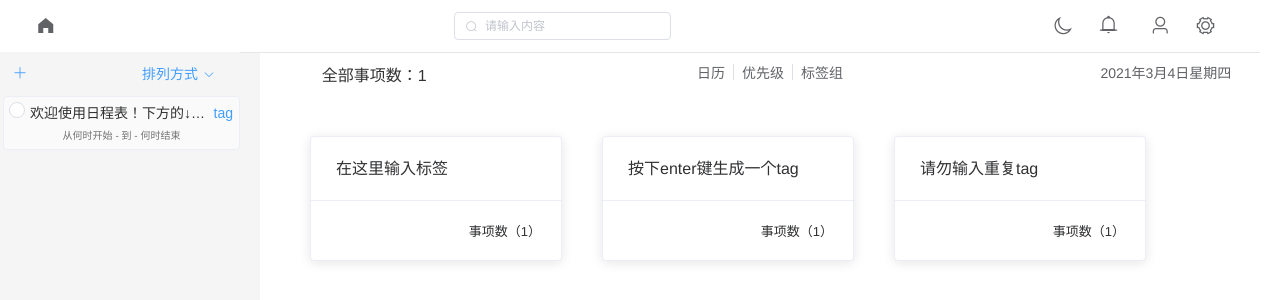
Repository: sierra0114/project01
Page: /#/tags
An editor plug-in stored every save of this project. The page is shown before and after the next save, followed by the edit.
The browser window is 1280 px wide. The pictures show the whole page.
The project was rebuilt for these pictures with package versions that can differ from the ones it lists, and the page was loaded fresh each time. Also part of the build but not shown: vue.config.js, src/components/Approaching.vue, src/components/Expired.vue, src/components/System.vue, src/components/Calendar.vue, src/components/User.vue, src/components/Login.vue, src/components/Register.vue and 3 more.

Above is the page before, as saved 2021-03-04 00:52:02.

### public/index.html
<!DOCTYPE html>
<html>

<head>
  <meta charset="utf-8">
  <meta name="viewport" content="width=device-width,initial-scale=1.0">
  <title>日程表</title>
  <style media="screen" type="text/css">
    body {
      font-family: "Helvetica Neue", Helvetica, "PingFang SC", "Hiragino Sans GB", "Microsoft YaHei", "微软雅黑", Arial, sans-serif;
      margin: 0;
      padding: 0;
      overflow-y: hidden;
      overflow-x: hidden;
      color: #333333;
      width: 100vw;
      height: 100vh;
    }

    #appLoading {
      width: 100%;
      height: 100%;
      background-color: rgb(130, 161, 177);
      z-index: 9999;
    }

    #loadingImg {
      border-radius: 50%;
      position: absolute;
      top: 45%;
      left: 48%;
      translate: 1s ease-in-out 0;
      animation: rotate 1s linear infinite;
    }


    /* 覆盖user页面里默认的图标颜色 */

    .el-icon-basketball:before {
      content: "\e7a5";
      color: rgb(224, 130, 53);
    }

    .el-icon-cold-drink:before {
      content: "\e7a5";
      color: rgb(235, 231, 47);
    }

    .el-icon-grape:before {
      content: "\e7a5";
      color: rgb(74, 55, 97);
    }

    .el-icon-apple:before {
      content: "\e7a5";
      color: rgb(175, 56, 56);
    }

    .el-icon-lollipop:before {
      content: "\e7a5";
      color: rgb(75, 165, 218);
    }

    .el-icon-coffee:before {
      content: "\e7a5";
      color: rgb(107, 79, 62);
    }

    .el-icon-user-solid:before {
      content: "\e7a5";
      color: rgb(227, 235, 243);
    }
  </style>
</head>

<body>
  <div id="appLoading">
    <div id="loadingImg">
      <svg t="1613764102468" class="icon" viewBox="0 0 1024 1024" version="1.1" xmlns="http://www.w3.org/2000/svg"
        p-id="6649" data-spm-anchor-id="a313x.7781069.0.i24" width="48" height="48">
        <path
          d="M546.462897 266.292966c-73.410207 0-133.15531-59.727448-133.155311-133.137656C413.307586 59.762759 473.05269 0 546.462897 0c73.410207 0 133.12 59.727448 133.12 133.15531 0 73.410207-59.709793 133.137655-133.12 133.137656z m-283.453794 105.736827c-67.054345 0-121.626483-54.554483-121.626482-121.644138s54.572138-121.644138 121.626482-121.644138a121.767724 121.767724 0 0 1 121.608828 121.644138c0 67.054345-54.554483 121.644138-121.608828 121.644138zM142.547862 647.185655A107.343448 107.343448 0 0 1 35.310345 539.895172a107.343448 107.343448 0 0 1 107.237517-107.237517 107.343448 107.343448 0 0 1 107.219862 107.237517 107.343448 107.343448 0 0 1-107.219862 107.272828z m120.461241 272.595862a91.047724 91.047724 0 0 1-90.941793-90.959448 91.065379 91.065379 0 0 1 90.924138-90.941793 91.065379 91.065379 0 0 1 90.941793 90.941793c0 50.14069-40.783448 90.959448-90.924138 90.959448zM546.462897 1024a79.518897 79.518897 0 0 1-79.448276-79.448276c0-43.820138 35.645793-79.448276 79.448276-79.448276a79.518897 79.518897 0 0 1 79.43062 79.448276c0 43.820138-35.628138 79.448276-79.448276 79.448276z m287.744-134.285241a64.194207 64.194207 0 0 1-64.123587-64.123587 64.194207 64.194207 0 0 1 64.123587-64.123586 64.194207 64.194207 0 0 1 64.123586 64.123586 64.194207 64.194207 0 0 1-64.123586 64.123587z m117.848275-296.695173a52.683034 52.683034 0 0 1-52.612413-52.612414 52.683034 52.683034 0 0 1 52.612413-52.630069 52.70069 52.70069 0 0 1 52.630069 52.612414 52.718345 52.718345 0 0 1-52.630069 52.630069z m-158.667034-338.696827a40.818759 40.818759 0 1 0 81.655172 0.017655 40.818759 40.818759 0 0 0-81.655172 0z"
          p-id="6650" data-spm-anchor-id="a313x.7781069.0.i23" class="" fill="#ffffff"></path>
      </svg>
    </div>
  </div>

  <div id="app"></div>

</body>

</html>

### src/layout/AppMain.vue
<template>
  <el-container>
    <el-header height="52px">

      <Header @to-appmain="refSidbar"></Header>

    </el-header>
    <el-container v-if="!noSidebar">
      <el-aside width="260px">

        <Sidbar ref="Sidbar"></Sidbar>

      </el-aside>
      <el-main>

        <router-view name="Main"></router-view>

      </el-main>

    </el-container>

  </el-container>
</template>
<script>
import Header from '../components/Header'
import Sidbar from '../components/Sidbar'
// import Main from '../components/Main'
import dataBase from '../data/dataBase.js'
export default {
  name: 'AppMain',
  components: {
    Header,
    Sidbar
  },
  computed: {},
  data () {
    return {
      msg: 'hello',
      noSidebar: false
    }
  },
  methods: {
    refSidbar (info) {
      this.$refs.Sidbar.passThisToForm(info)
    }
  },
  created () {
    dataBase() // 初始化数据库
  }
}
</script>
<style scoped>
.el-header,
.el-footer {
  text-align: center;
  line-height: 50px;
  height: 50px;
}
Header {
  line-height: 50px;
  height: 50px;
}

.el-aside {
  background-color: rgb(245, 245, 245);
  text-align: center;
}

.el-main {
  text-align: center;
  padding: 10px;
}

body > .el-container {
  margin-bottom: 0;
  width: 100vw;
  height: 100vh;
}

.el-container:nth-child(5) .el-aside,
.el-container:nth-child(6) .el-aside {
  line-height: 260px;
}

.el-container:nth-child(7) .el-aside {
  line-height: 320px;
}

/* header {
  display: flex;
  position: fixed;
  top: 0;
  left: 0;
  width: 100vw;
  height: 40px;
  background-color: rgb(255, 0, 0);
}
sidbar {
  display: flex;
  width: 200px;
  background-color: rgb(200, 255, 0);
}
main {
  position: relative;
  display: flex;

  top: 40px;
  left: 0;
  right: 0;
  background-color: rgb(0, 255, 13);
}
full-calendar {
flex-grow: 1;
  background-color: rgb(0, 255, 255);
} */
</style>

### src/components/Sidbar.vue


<template id='Sidbar'>
  <div class="Sidbar">
    <div class="container">
      <el-row>
        <el-col :span="24">
          <Form @bindFunc="getListFromForm" ref="drawer"></Form>
          <div class="view-change">
            <el-dropdown
              size="medium"
              placement="bottom"
              @command="handleCommand"
            >
              <span class="drop-down-link"
                >排列方式<i class="el-icon-arrow-down el-icon--right"></i
              ></span>
              <el-dropdown-menu slot="dropdown">
                <el-dropdown-item command="a">时间顺序</el-dropdown-item>
                <el-dropdown-item command="b">时间逆序</el-dropdown-item>
                <!-- <el-dropdown-item command="c">螺蛳粉</el-dropdown-item>
              <el-dropdown-item command="d" disabled>双皮奶</el-dropdown-item>
              <el-dropdown-item command="e" divided>蚵仔煎</el-dropdown-item> -->
              </el-dropdown-menu>
            </el-dropdown>
          </div>
        </el-col>
      </el-row>
    </div>

    <div class="empty"></div>
    <div class="cards" v-if="!isReverse">
      <SidbarCard
        v-for="item in this.resovedList"
        :key="item.reKey"
        :info="item"
        @openForm-between="passThisToForm"
      ></SidbarCard>
      <!-- info绑定的是子组件的props的属性 -->
    </div>
    <div class="cards" v-else>
      <SidbarCard
        v-for="item in this.resovedListReverse"
        :key="item.reKey"
        :info="item"
        @openForm-between="passThisToForm"
      ></SidbarCard>
      <!-- info绑定的是子组件的props的属性 -->
    </div>

    <div class="empty"></div>
  </div>
</template>

<script>
import SidbarCard from "./SidbarCard.vue";
import Form from "./Form";

export default {
  name: "Sidbar",
  data() {
    return {
      list: [], // 从数据库取得的所有数据数组
      resovedList: [], // 解析list以得到的缩略版本，顺序数组，传递给子组件sidbarCard
      resovedListReverse: [], // 和resovedList一样，逆序数组，传递给子组件sidbarCard

      // flag
      isReverse: false, // 数组是否逆序
    };
  },
  components: {
    SidbarCard,
    Form,
  },
  methods: {
    getListFromForm(list) {
      // eslint-disable-next-line no-unused-vars
      this.list = list;
    },
    getList() {
      let db; // 数据库对象
      let objStore; // 对象仓库
      let request; // 请求
      let transaction; // 连接事务
      let readRequest; // 读写事务

      request = window.indexedDB.open("db"); // 连接数据库
      request.onerror = () => {
        // 请求失败
        // console.log('连接数据库请求 失败 ！因为' + event)
      };

      request.onsuccess = (event) => {
        // 请求成功
        db = event.target.result;
        // db=request.result  一样的效果
        // console.log('连接数据库请求 成功 ')
        transaction = db.transaction("info", "readwrite"); // 开启读写事务
        objStore = transaction.objectStore("info"); // 指定事务为‘info’对象仓库的事务
        readRequest = objStore.getAll(null);

        readRequest.onerror = () => {
          // console.log('读写事务 失败！')
        };
        readRequest.onsuccess = () => {
          // console.log('读写事务 成功！已经获取到了list数据')
          this.list = readRequest.result;
          console.log("侧边栏获取到了list，它的值为：");
          console.log(this.list);
        };
      };
    },
    toColorClass(item) {
      let Class = "";
      let color = item.color;
      switch (color) {
        case "red":
          Class = "danger";
          break;
        case "blue":
          Class = "primary";
          break;
        case "green":
          Class = "success";
          break;
        case "yellow":
          Class = "warning";
          break;
        case "grey":
          Class = "info";
          break;
        case "":
          Class = "";
      }
      return Class;
    },
    getTime(item, num) {
      let timeObj = item.time[num];
      // eslint-disable-next-line valid-typeof
      if (typeof timeObj === null) {
        // time对象的类型为null（time对象为空
        return "时间对象不存在";
        // eslint-disable-next-line valid-typeof
      } else if (typeof timeObj === "string") {
        // time对象的类型为string（初始化数据的情况
        return timeObj;
      } else {
        let timetr = getTimeStr();
        return timetr;
      }
      function getTimeStr() {
        if (typeof timeObj === "object") {
          const day = timeObj.getDay();
          const date = timeObj.getDate();
          const month = timeObj.getMonth() + 1;
          const year = timeObj.getFullYear();
          const weekMap = [
            "",
            "星期一",
            "星期二",
            "星期三",
            "星期四",
            "星期五",
            "星期六",
            "星期日",
            "",
          ];
          const timeStr = year + "/" + month + "/" + date + " " + weekMap[day];
          return timeStr;
        }
      }
    },
    getTag(item) {
      let tags = [];
      let reTags = "";
      tags = item.tags;
      for (let i in tags) {
        reTags += "#" + tags[i] + " ";
      }
      return reTags;
    },
    getTagFlag(item) {
      let tags = [];
      tags = item.tags;

      if (tags.length === 0) {
        return false;
      } else {
        return true;
      }
    },
    getResovedList() {
      let resovedList = [];
      for (let i in this.list) {
        let item = this.list[i];
        let reTime = item.time;
        let reKey = item.key;
        let reMainText = item.mainText;
        let reColor = this.toColorClass(item);
        let reTimeFrom = this.getTime(item, 0);
        let reTimeTo = this.getTime(item, 1);
        let reTag = this.getTag(item);
        let tagFlag = this.getTagFlag(item);

        let resovedItem = {
          reTime,
          reMainText,
          reColor,
          reTimeFrom,
          reTimeTo,
          reTag,
          tagFlag,
          reKey,
        };

        resovedList.push(resovedItem);
      }
      resovedList.sort((a, b) => {
        return a.reTime[0] - b.reTime[0];
      });
      console.log("22222222222222");
      console.log(resovedList);
      return resovedList;
    },
    passThisToForm(keyOrInfo) {
      // 有两个调用来源：
      // 1从子组件sidbarCard的emit（参数为一个事项的key）
      // 2从父组件appmian的ref（参数为一个事项的全部信息）
      if (keyOrInfo.mainText) {
        let info = keyOrInfo;
        this.$refs.drawer.open(info); // 调用form的openForm方法
      } else {
        let key = keyOrInfo;
        for (let i in this.list) {
          if (this.list[i].key === key) {
            let info = this.list[i];
            this.$refs.drawer.open(info); // 调用form的openForm方法
            return;
          }
        }
      }
    },
    // --------------------------------------------------------------------------------------------------
    // --------------------------------------     下拉菜单指令     --------------------------------------
    // --------------------------------------------------------------------------------------------------
    handleCommand(command) {
      if (command === "a") {
        this.isReverse = false;
        console.log(this.isReverse);
        this.$message("正序");
      } else if (command === "b") {
        this.isReverse = true;
        console.log(this.isReverse);
        this.$message("逆序");
      }
    },
  },
  // --------------------------------------     whath     --------------------------------------
  watch: {
    list: {
      handler() {
        console.log("侧边栏的list更新了");
        this.resovedList = this.getResovedList();
        this.resovedListReverse = [...this.resovedList].reverse(); // 浅拷贝
        console.log("1111111111");
        console.log(this.resovedListReverse);
        console.log(this.resovedList);
      },
    },
    resovedList: {
      handler() {
        console.log("侧边栏的resovedList更新了");
      },
    },
  },
  // --------------------------------------     created     --------------------------------------

  created() {
    this.getList();
    console.log("侧边栏被创建了");
  },
  // --------------------------------------     beforeMount     --------------------------------------

  beforeMount() {
    this.resovedList = this.getResovedList();
  },
};
</script>

<!-- Add "scoped" attribute to limit CSS to this component only -->

<style scoped>
* {
  translate: 0.5s;
  font-weight: normal;
  font-size: 14px;
}
.Sidbar {
  display: block;
  background-color: rgb(245, 245, 245);

  max-height: 90vh;
  padding-right: 25px;
  overflow-y: auto;
  overflow-y: overlay;
  overflow-x: hidden;
}

.el-dropdown-link,
span {
  cursor: pointer;
  color: #409eff;
}
.el-icon-arrow-down {
  font-size: 12px;
}
.el-row {
  white-space: nowrap;
  width: fit-content;
  margin-top: 1px;

  position: fixed;
  width: 230px;
  background-color: rgb(245, 245, 245);
}
.el-col {
  display: flex;
  justify-content: space-between;
  align-items: center;
}
.container {
  position: fixed;
  width: 240px;
  height: 42px;
  background-color: rgb(245, 245, 245);
}
.newButton {
  font-size: bolder;
  padding-left: 20px;
}
.view-change {
  padding-right: 15px;
}
.empty {
  background-color: rgb(245, 245, 245);
  height: 42px;
}
.el-divider {
  top: 40px;
  margin: 0;
}
</style>

### src/components/Main.vue
<template>
  <div class="main">
    <el-row class="nav">
      <el-col :span="5">全部事项数：{{ eventsCountAll }}</el-col>

      <el-col :span="14">
        <router-link :to="{ name: 'calendar' }">
          <el-link>日历</el-link>
        </router-link>

        <el-divider direction="vertical"></el-divider>

        <router-link :to="{ name: 'priority' }">
          <el-link>优先级</el-link>
        </router-link>

        <el-divider direction="vertical"></el-divider>

        <router-link :to="{ name: 'tags' }">
          <el-link>标签组</el-link>
        </router-link>
      </el-col>
      <el-col :span="5">
        <el-link v-on:click="toToday">{{ today }}</el-link>
      </el-col>
    </el-row>
    <el-row class="view">
      <router-view></router-view>
    </el-row>
  </div>
</template>

<script>
import router from "../router";

export default {
  name: "Main",
  data() {
    return {
      today: "今天",

      // 事项计数
      eventsCountAll: 0,
      eventsCountOngoing: 0,
      eventsCountExpired: 0,

      thisMonth: 0,
    };
  },
  components: {},
  methods: {
    toToday() {
      router.push({
        name: "calendar",
        time: this.today,
      });
    },
    updatingToday() {
      setInterval(() => {
        const time = new Date();
        this.today = time;
        const day = time.getDay();
        const date = time.getDate();
        const month = time.getMonth() + 1;
        const year = time.getFullYear();
        const weekMap = [
          "",
          "星期一",
          "星期二",
          "星期三",
          "星期四",
          "星期五",
          "星期六",
          "星期日",
          "",
        ];
        const timeStr = year + "年" + month + "月" + date + "日" + weekMap[day];
        this.today = timeStr;
      }, 1000);
    },
    getEventsCount() {
      let db; // 数据库对象
      let objStore; // 对象仓库
      let request; // 请求
      let transaction; // 连接事务
      let readRequest; // 读写事务

      request = window.indexedDB.open("db"); // 连接数据库
      request.onerror = () => {
        // 请求失败
        // console.log('连接数据库请求 失败 ！因为' + event)
      };

      request.onsuccess = (event) => {
        // 请求成功
        db = event.target.result;
        // db=request.result  一样的效果
        // console.log('连接数据库请求 成功 ')
        transaction = db.transaction("info", "readwrite"); // 开启读写事务
        objStore = transaction.objectStore("info"); // 指定事务为‘info’对象仓库的事务
        readRequest = objStore.getAll(null);

        readRequest.onerror = () => {
          // console.log('读写事务 失败！')
        };
        readRequest.onsuccess = () => {
          // console.log('读写事务 成功！已经获取到了list数据')
          let list = readRequest.result;
          this.eventsCountAll = list.length;
          // alert(list.length)
        };
      };
    },
  },
  created() {
    this.updatingToday();
    this.getEventsCount();
  },
  updated() {
    this.getEventsCount();
  },
};
</script>

<!-- Add "scoped" attribute to limit CSS to this component only -->

<style scoped>
* {
  translate: 0.5s;
  font-weight: normal;
  font-size: 16px;
}

.router-view {
  display: block;
  overflow-y: scroll;
  overflow-x: auto;
}

.nav {
  padding-bottom: 10px;
}

a {
  text-decoration: none;
}

a:link {
  color: black;
}

a:visited {
  color: black;
}

a:hover {
  color: black;
}

a:active {
  color: black;
}

.router-link-active {
  text-decoration: none;
}
</style>

### src/components/Tags.vue
<template>
  <div class="container">
    <div v-for="(item, index) in tags" :key="index">
      <el-card
        style="text-align: left"
        :ref="index"
        class="hide"
        @mouseover.native="show(index)"
        @mouseout.native="hide(index)"
        @click.native="handleClick(index)"
      >
        <div slot="header" class="clearfix">
          <span>{{ item.tagNamw }}</span>
        </div>
        <div class="count">事项数（{{ item.tagCount }}）</div>
      </el-card>
    </div>
  </div>
</template>
<script>
import { store, mutations } from "../store";

export default {
  name: "Tags",
  data() {
    return {
      infolist: [],

      tags: [],
      tag: { tagCount: 0, tagNamw: "" },
      oldClass: "",
    };
  },
  methods: {
    show(index) {
      let oldClass = this.$refs[index][0].$el.className;
      let newClass = oldClass + " show";
      this.oldClass = this.$refs[index][0].$el.className;
      this.$refs[index][0].$el.className = newClass;
      // console.log(this.$refs[index][0].$el.className);
    },
    hide(index) {
      this.$refs[index][0].$el.className = this.oldClass;
      // console.log(this.$refs[index][0].$el.className);
    },
    handleClick(index) {
      let tag = this.tags[index];
      let infoArr = tag.infoArr;
      this.$router.push({
        name: "sameTag",
        params: infoArr,
      });
    },
    resolveListToTags() {
      //把indolist里面的信息转化到tags中
      let uniqTag = this.getUniqTags;
      let tagArr = [];

      for (let index in uniqTag) {
        let temp = this.querryTag(uniqTag[index]);
        let tag = {};
        tag.tagNamw = uniqTag[index];
        tag.tagCount = temp.length;
        tag.infoArr = temp;
        tagArr.push(tag);
      }
      this.tags = [...tagArr];
      this.$forceUpdate();
      // alert("更新视图");
    },
    querryTag(tag) {
      //根据tag查找对应的事项
      let temp = [];
      for (let i in this.infolist) {
        for (let j in this.infolist[i].tags) {
          if (this.infolist[i].tags[j] === tag) {
            temp.push(this.infolist[i]);
            break;
          }
        }
      }
      console.log(temp);
      return temp;
    },
    updateInfo() {
      let db; // 数据库对象
      let objStore; // 对象仓库
      let request; // 请求
      let transaction; // 连接事务
      let readRequest; // 读写事务

      request = window.indexedDB.open("db"); // 连接数据库
      request.onerror = () => {
        // 请求失败
        alert("连接数据库请求 失败 ！因为" + event);
      };

      request.onsuccess = (event) => {
        // 请求成功
        db = event.target.result;
        // db=request.result  一样的效果
        // console.log('连接数据库请求 成功 ')
        transaction = db.transaction("info", "readwrite"); // 开启读写事务
        objStore = transaction.objectStore("info"); // 指定事务为‘info’对象仓库的事务
        readRequest = objStore.getAll(null);

        readRequest.onerror = () => {
          alert("读写事务 失败！");
        };
        readRequest.onsuccess = () => {
          // console.log('读写事务 成功！已经获取到了list数据')
          this.infolist = readRequest.result;
          this.resolveListToTags();
          // alert("更新数据");
          mutations.setUpdateFlag(false);
        };
      };
    },
  },
  computed: {
    updateFlag() {
      return store.updateFlag;
    },
    getUniqTags: function () {
      let uniqTag = [];
      let allTags = [];

      for (let index in this.infolist) {
        let arr = this.infolist[index].tags;
        allTags = [...allTags, ...arr];
      }

      for (let i = 0; i < allTags.length; i++) {
        for (let j = i + 1; j < allTags.length; j++) {
          if (allTags[i] === allTags[j]) {
            //如果存在相等的两个tag
            i++; //进入下一层i循环
            j = i;
          }
        }
        uniqTag.push(allTags[i]);
        console.log(uniqTag);
      }
      return uniqTag;
    },
  },
  watch: {
    updateFlag: function () {
      // alert("watch检测到upstateflag更新");
      if (store.updateFlag === true) {
        this.updateInfo();
      }
    },
  },
  created() {
    this.updateInfo();
  },
};
</script>
<style scoped>
.container {
  display: flex;
  flex-flow: row wrap;
  margin: 20px;
}
.el-card {
  width: 250px;
  margin: 20px;
}
span {
  padding: 0 0 3px 5px;
  width: 180px;
  word-wrap: break-word;
  display: -webkit-box;
  -webkit-box-orient: vertical;
  /* 超过几行文字会被省略
   */
  -webkit-line-clamp: 1;
  overflow: hidden;
}
.count {
  text-align: right;
  font-size: 13px;
}
.show {
  cursor: pointer;
  background: rgb(245, 245, 245);
}
.hide {
  cursor: pointer;
}
</style>

### src/components/SidbarCard.vue
<template>
  <transition name="card">
    <el-card class="box-card" shadow="hover" :body-style="{ padding: '5px' }">
      <div class="clearfix">
        <div class="left">
          <el-button
            :type="info.reColor"
            size="mini"
            v-on:click="deleteInfo"
            circle
          ></el-button>
          <!-- 优先级：   红  >   黄    >蓝>    绿
           type= "danger">"warning">"">"success" -->

          <span
            class="info"
            :title="info.reMainText"
            v-on:click="openFormEmit"
            >{{ info.reMainText }}</span
          >
        </div>
        <el-tooltip
          v-if="info.tagFlag"
          effect="dark"
          :content="info.reTag"
          placement="right"
        >
          <el-button
            style="float: right; padding: 3px 0"
            type="text"
            v-on:click="openTags"
            >tag</el-button
          ></el-tooltip
        >
      </div>

      <p class="time" v-on:click="openFormEmit">
        {{ info.reTimeFrom }}<span> - 到 - </span>{{ info.reTimeTo }}
      </p>
    </el-card>
  </transition>
</template>
<script>
import router from "../router";
import { mutations } from "../store";

export default {
  name: "SidbarCard",
  data() {
    return {};
  },
  props: {
    info: Object,
  },
  methods: {
    deleteInfo() {
      // alert(this.info.reKey)
      let db; // 数据库对象
      let objStore; // 对象仓库
      let request; // 请求
      let transaction; // 连接事务
      let readRequest; // 读写事务

      request = window.indexedDB.open("db"); // 连接数据库
      request.onerror = () => {
        // alert('打开数据库失败！')
      };

      request.onsuccess = (event) => {
        // alert('打开数据库成功！')
        db = event.target.result;
        transaction = db.transaction("info", "readwrite"); // 开启读写事务
        objStore = transaction.objectStore("info"); // 指定事务为‘info’对象仓库的事务
        readRequest = objStore.delete(this.info.reKey);

        // 点击颜色圆点要通过key检索到并且从数据库中删除这个事项，目前没有实现从数据库中删除的功能，key是原因

        readRequest.onerror = () => {
          // alert('删除失败！')
        };
        readRequest.onsuccess = () => {
          // eslint-disable-next-line no-unused-expressions
          // console.log(this.$parent)
          this.$parent.getList(); // 更新sidbar视图
          // alert('删除成功！')
          mutations.setUpdateFlag(true);
        };
      };
    },
    openTags() {
      // 点击tag打开tag视图
      router.push({ name: "tags", key: this.info.reKey });
    },
    openFormEmit() {
      // 点击卡片打开form
      this.$emit("openForm-between", this.info.reKey);
    },
  },
  watch: {
    info: {
      handler(oldInfo, newInfo) {
        console.log("新的info值为：");
        console.log("卡片里的info更新了");
        console.log(newInfo);
      },
    },
  },
};
</script>
<style scoped>
* {
  font-weight: normal;
  /* font-size: 14px;   不知道为什么这条会覆盖下面的    font-size: 10px; */
}

.item {
  margin-bottom: 18px;
}

.clearfix {
  text-align: left;
  display: flex;
  flex-flow: row nowrap;
  align-items: flex-start;
  justify-content: space-between;
}
.left {
  text-align: left;
  display: flex;
  flex-flow: row nowrap;
  align-items: flex-start;
  justify-content: space-between;
}
.info {
  padding: 0 0 3px 5px;
  width: 180px;
  word-wrap: break-word;
  display: -webkit-box;
  -webkit-box-orient: vertical;
  /* 超过几行文字会被省略
   */
  -webkit-line-clamp: 1;
  overflow: hidden;
  cursor: pointer;
}
/* ////////////////////////////////////   动画-start    //////////////////////////////////////////////// */
.card-enter-active {
  transition: all 0.3s ease;
}
.card-leave-active {
  transition: all 0.2s cubic-bezier(1, 0.5, 0.8, 1);
}
.card-enter,.card-leave-to
/* .slide-fade-leave-active for below version 2.1.8 */ {
  transform: translateX(10px);
  opacity: 0;
}
/* ////////////////////////////////////   动画-end    //////////////////////////////////////////////// */

.time {
  cursor: pointer;
}
p {
  margin: 2px;
  color: rgb(114, 114, 114);
  font-size: 10px;
}
.el-row {
  z-index: 0;
}
.box-card {
  padding: 0px;
  margin: 2px 2px 2px 3px;
  width: 100%;
  background-color: rgba(255, 255, 255, 0.479);
}
</style>

Loaded but not shown: src/style/theme/index.css (library); src/data/dataBase.js (183 lines, source omitted); src/router/index.js (93 lines, source omitted); src/main.js (41 lines, source omitted); src/store/index.js (11 lines, source omitted); src/components/Form.vue (866 lines, source omitted); src/components/Header.vue (339 lines, source omitted)

After the next save:
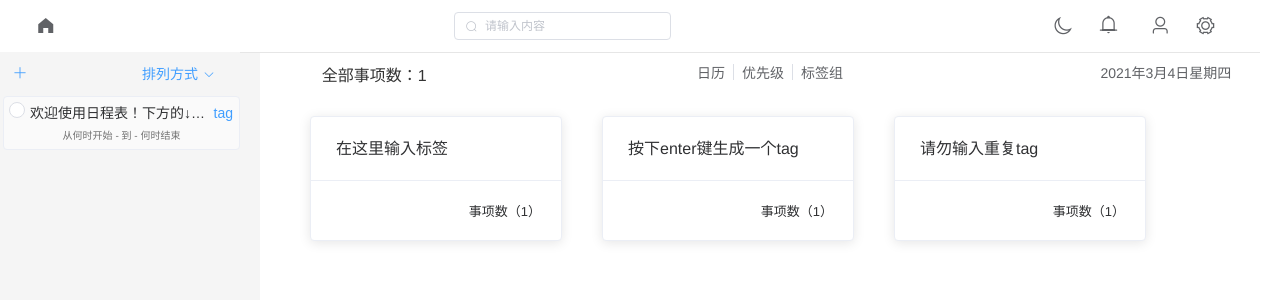
Saved 6 min 42 s later.
--- a/src/components/Tags.vue
+++ b/src/components/Tags.vue
@@ -161,7 +161,7 @@ export default {
 .container {
   display: flex;
   flex-flow: row wrap;
-  margin: 20px;
+  margin: 0 20px;
 }
 .el-card {
   width: 250px;
